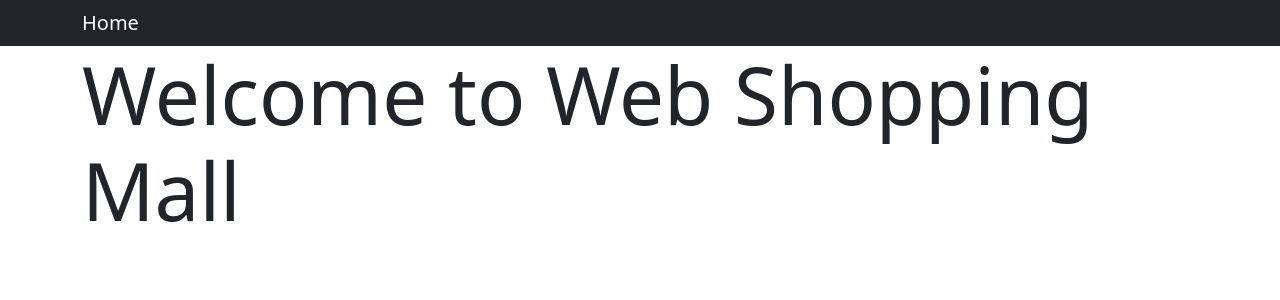
Repository: CheolHo-0428/JSP-Web-Programming
Page: http://localhost/WebMarket/welcome.jsp
The author's editor kept a copy of each file at every save. The page is drawn from the files as they stood at one save, then again after the next save.
The browser window is 1280 px wide. The pictures show the whole page.
The page is served by Tomcat 9.

Above is the page before, as saved 2021-05-06 14:44:46.

After the next save:
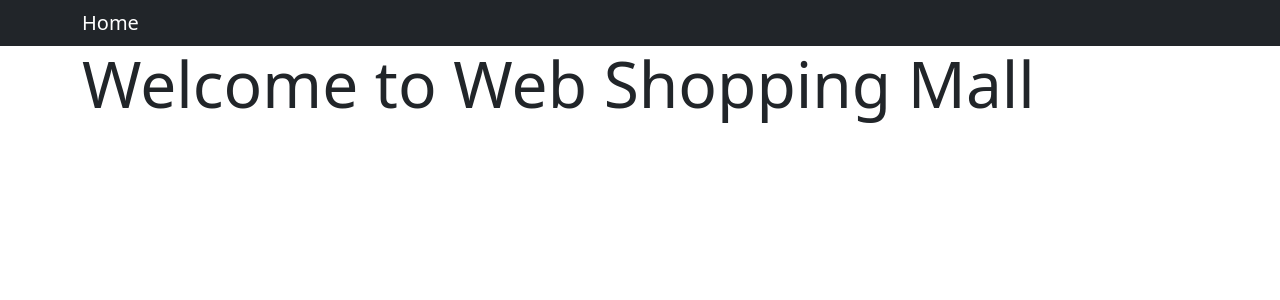
Saved 11 s later.
--- a/WebMarket/src/main/webapp/welcome.jsp
+++ b/WebMarket/src/main/webapp/welcome.jsp
@@ -23,7 +23,7 @@
 	%>
 	<div class = "jumbotron">
 		<div class = "container">
-			<h1 class = "display-1">
+			<h1 class = "display-3">
 				<%= greeting %>
 			</h1>
 		</div>
